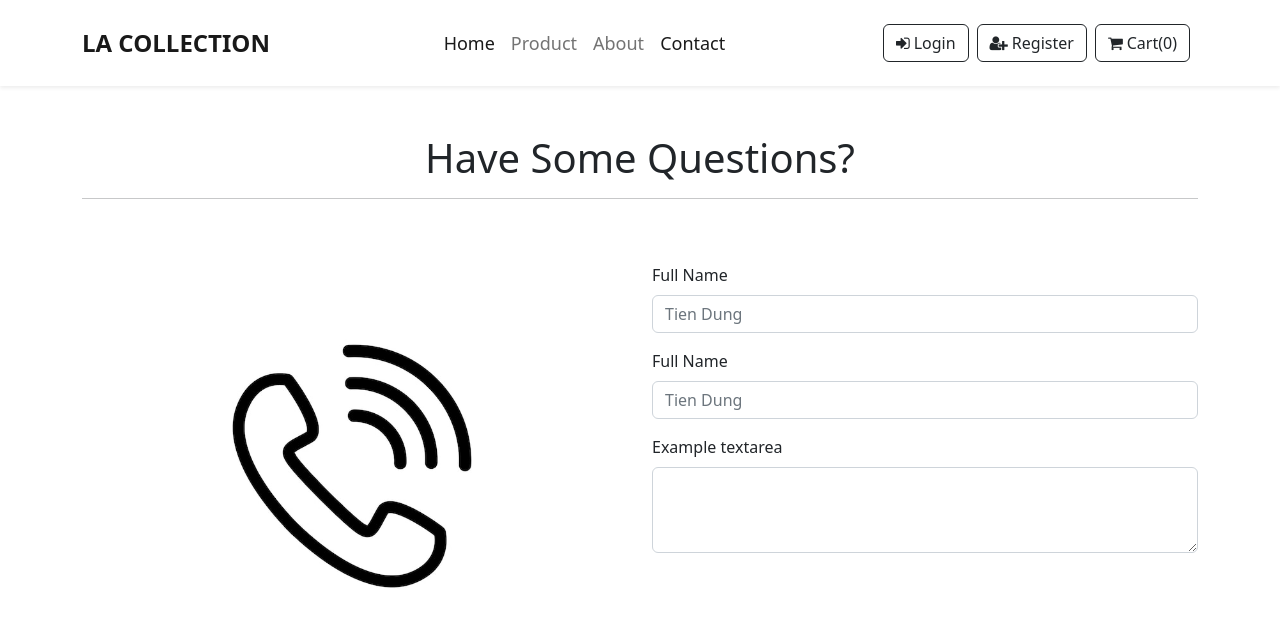
Repository: tiendungjr123/Ecommerce
Page: /contact
These files come from the project's save history. The page is drawn as it stood at one moment and after the next save; the edit follows.
The browser window is 1280 px wide. The pictures show the whole page.
The project was rebuilt for these pictures with package versions that can differ from the ones it lists, and the page was loaded fresh each time. Also part of the build but not shown: src/components/Products.jsx, src/components/Home.jsx, src/redux/action/index.js, src/components/ProductDetail.jsx, src/components/About.jsx.

Above is the page before, as saved 2022-10-04 11:02:32.

### src/index.js
import React from 'react';
import ReactDOM from 'react-dom/client';
import './index.css';
import App from './App';
import '../node_modules/bootstrap/dist/css/bootstrap.min.css';
import '../node_modules/font-awesome/css/font-awesome.min.css';
import 'react-loading-skeleton/dist/skeleton.css'
import { BrowserRouter } from 'react-router-dom';
import store from './redux/store';
import { Provider } from 'react-redux';
const root = ReactDOM.createRoot(document.getElementById('root'));
root.render(
   <BrowserRouter>
      <Provider store={store}>
         <App />
      </Provider>
   </BrowserRouter>
);

### src/index.css
body {
   margin: 0;
   font-family: -apple-system, BlinkMacSystemFont, "Segoe UI", "Roboto", "Oxygen", "Ubuntu", "Cantarell", "Fira Sans",
      "Droid Sans", "Helvetica Neue", sans-serif;
   -webkit-font-smoothing: antialiased;
   -moz-osx-font-smoothing: grayscale;
}

code {
   font-family: source-code-pro, Menlo, Monaco, Consolas, "Courier New", monospace;
}

### src/App.js
import './App.css';
import Home from './components/Home';
import Navbar from './components/Navbar';
import {Route,  Routes} from 'react-router-dom';
import Products from './components/Products';
import ProductDetail from './components/ProductDetail';
import About from './components/About';
import Contact from './components/Contact';
function App() {
   return (
      <>
         <Navbar/>
         <Routes>
            <Route exact path='/' element={<Home/>}/>
            <Route exact path='/products' element={<Products/>}/>
            <Route exact path='/products/:id' element={<ProductDetail/>}/>
            <Route exact path='/about' element={<About/>}/>
            <Route exact path='/contact' element={<Contact/>}/>
         </Routes>
      </>
   );
}

export default App;

### src/redux/store.js
import { createStore } from "redux";
import rootReducers from "./reducer";
const store = createStore(rootReducers);

export default store;

### src/App.css
/* Navbar css */

.navbar-nav a{
   font-size: 18px;
}

### src/components/Navbar.jsx
import React from 'react';
import { NavLink } from 'react-router-dom';
import { useSelector } from 'react-redux';
const Navbar = () => {
   const state = useSelector((state) => state.handleCart);
   return (
      <div>
         <nav className="navbar navbar-expand-lg bg-white py-3 shadow-sm">
            <div className="container">
               <NavLink className="navbar-brand fw-bold fs-4" to="/">LA COLLECTION</NavLink>
               <button className="navbar-toggler" type="button" data-bs-toggle="collapse" data-bs-target="#navbarSupportedContent" aria-controls="navbarSupportedContent" aria-expanded="false" aria-label="Toggle navigation">
                  <span className="navbar-toggler-icon"></span>
               </button>
               <div className="collapse navbar-collapse" id="navbarSupportedContent">
                  <ul className="navbar-nav mx-auto mb-2 mb-lg-0">
                     <li className="nav-item">
                        <NavLink className="nav-link active" aria-current="page" to="/">Home</NavLink>
                     </li>
                     <li className="nav-item">
                        <NavLink className="nav-link" to="/products">Product</NavLink>
                     </li>
                     <li className="nav-item">
                        <NavLink className="nav-link" to="/about">About</NavLink>
                     </li>
                     <li className="nav-item">
                        <NavLink className="nav-link" to="/contact">Contact</NavLink>
                     </li>
                  </ul>
                  <div className="buttons ">
                     <NavLink to="/login" className='btn btn-outline-dark'>
                        <i className='fa fa-sign-in me-1'></i>Login
                     </NavLink>
                     <NavLink to="/register" className='btn btn-outline-dark ms-2'>
                        <i className='fa fa-user-plus me-1'></i>Register
                     </NavLink>
                     <NavLink to="/cart" className='btn btn-outline-dark m-2'>
                        <i className='fa fa-shopping-cart me-1'></i>Cart({state.length})
                     </NavLink>
                  </div>
               </div>
            </div>
         </nav>
      </div>
   );
}

export default Navbar;

### src/components/Contact.jsx
import React from 'react';

const Contact = () => {
   return (
      <div>
         <div className="container">
            <div className="row">
               <div className="col-12 text-center py-4 my-4">
                  <h1>Have Some Questions?</h1>
                  <hr />
               </div>
            </div>
            <div className='row'>
               <div className="col-md 5 d-flex justify-content-center">
                  <img src="/assets/contact1.jpg" alt="Contact Us" height="400px" width="400px" />
               </div>
               <div className="col-md-6">
                  <form>
                     <div class="mb-3">
                        <label for="exampleForm" class="form-label">Full Name</label>
                        <input type="text" class="form-control" id="exampleForm" placeholder="Tien Dung" />
                     </div>
                     <div class="mb-3">
                        <label for="exampleForm" class="form-label">Full Name</label>
                        <input type="text" class="form-control" id="exampleForm" placeholder="Tien Dung" />
                     </div>
                     <div class="mb-3">
                        <label for="exampleFormControlTextarea1" class="form-label">Example textarea</label>
                        <textarea class="form-control" id="exampleFormControlTextarea1" rows="3"></textarea>
                     </div>
                  </form>
               </div>
            </div>
         </div>
      </div>
   );
}

export default Contact;

### src/redux/reducer/index.js
import handleCart from "./handleCart";
import { combineReducers } from "redux";

const rootReducers =  combineReducers({
   handleCart,
})

export default rootReducers;

### src/redux/reducer/handleCart.js
const cart = [];

const handleCart = (state = cart, action) => {
   const product = action.payload;
   switch (action.type) {
      case 'cart/addProduct':
         const exits = state.find((x) => x.id === product.id);
         if (exits) {
            return state.map((x) => x.id === product.id ? { ...x, qty: x.qty + 1 } : x)
         }else{
            const product = action.payload;
            return [
               ...state,
               {
                  ...product,
                  qty: 1,
               }
            ]
         }
         break;
      case 'cart/deleteProduct':
         const exits1 = state.find((x) => x.id === product.id);
         if(exits1.qty === 1){
            return state.filter((x) => x.id !== exits1.id)
         }
         else{
            return state.map((x) =>
               x.id === product.id ? {...x, qty: x.qty-1}:x
            );
         }
         break;
      default:
         return state;
   }
}

export default handleCart;

Loaded but not shown: public/index.html (common file)

After the next save:
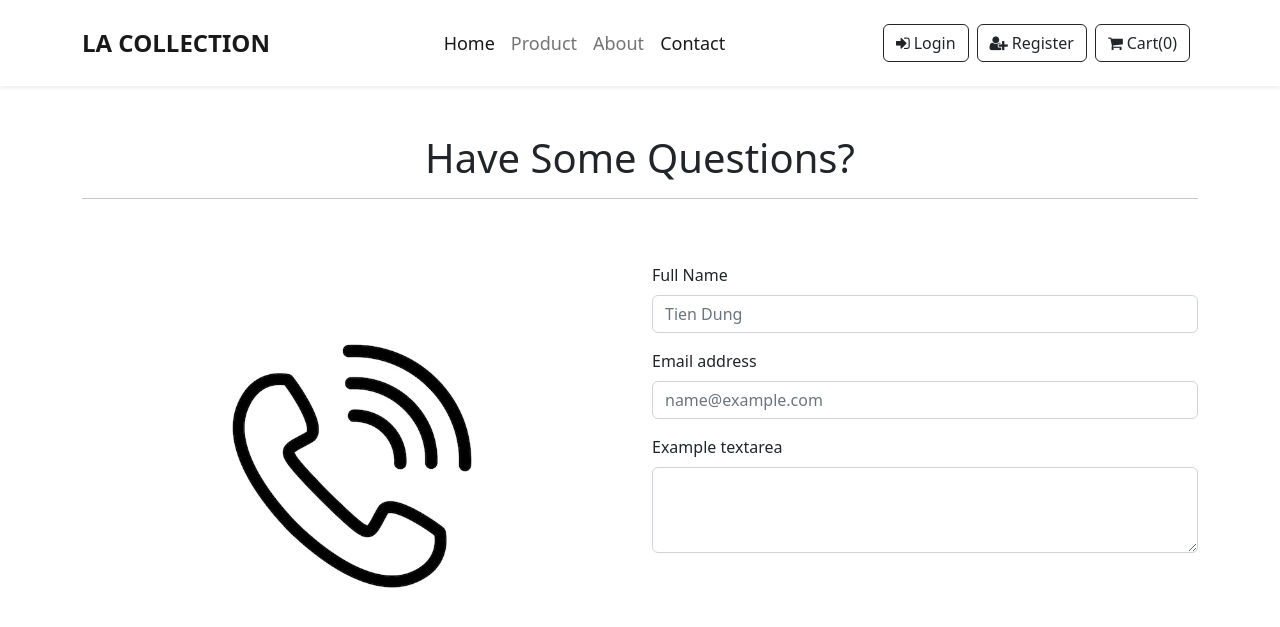
Saved 56 s later.
--- a/src/components/Contact.jsx
+++ b/src/components/Contact.jsx
@@ -21,8 +21,8 @@ const Contact = () => {
                         <input type="text" class="form-control" id="exampleForm" placeholder="Tien Dung" />
                      </div>
                      <div class="mb-3">
-                        <label for="exampleForm" class="form-label">Full Name</label>
-                        <input type="text" class="form-control" id="exampleForm" placeholder="Tien Dung" />
+                        <label for="exampleFormControlInput1" class="form-label">Email address</label>
+                        <input type="email" class="form-control" id="exampleFormControlInput1" placeholder="name@example.com"/>
                      </div>
                      <div class="mb-3">
                         <label for="exampleFormControlTextarea1" class="form-label">Example textarea</label>
